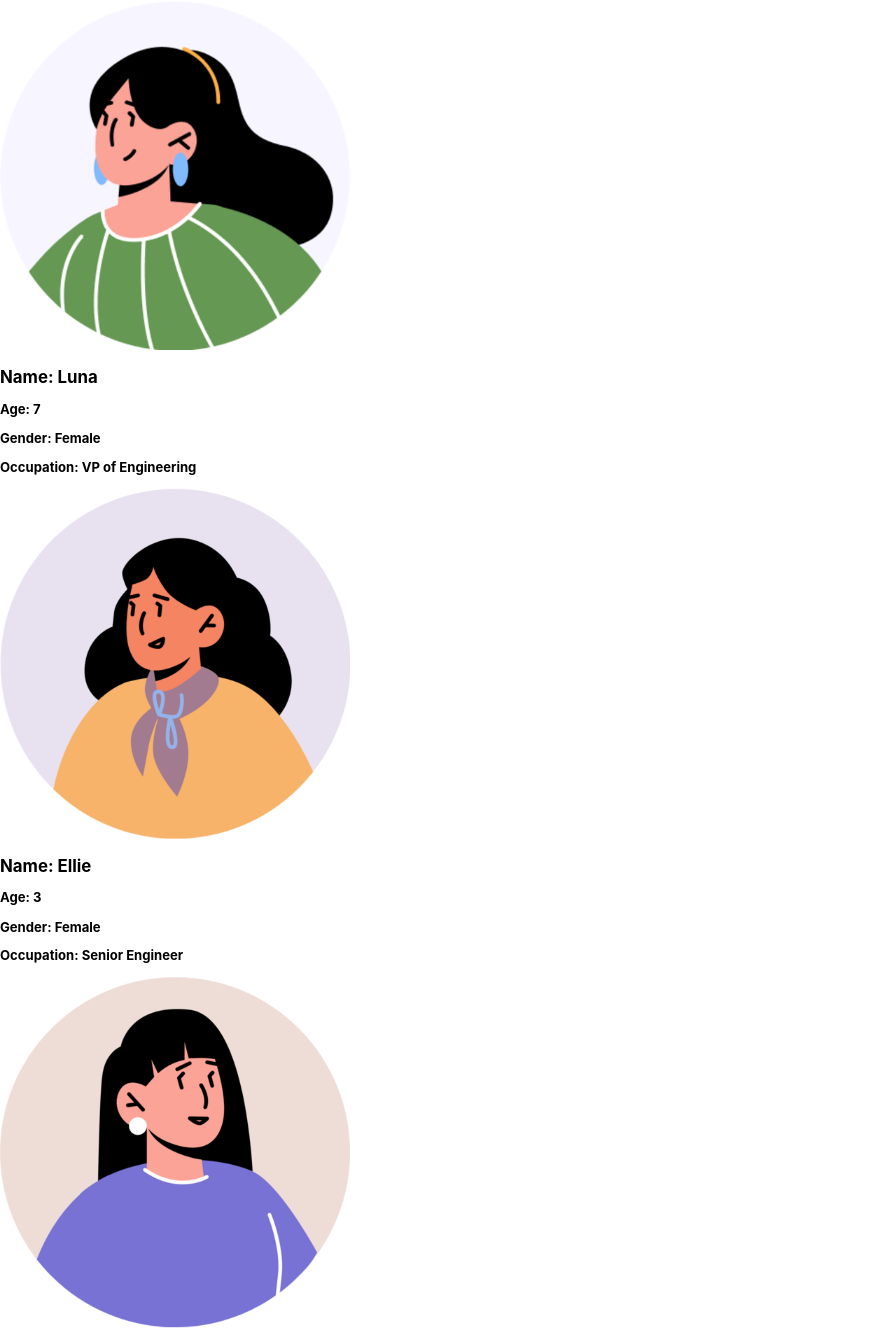
Repository: mahsa199170/React-Props-projects
Page: / (app in profile-app/)
The author's editor kept a copy of each file at every save. The page is drawn from the files as they stood at one save, then again after the next save.
The browser window is 1280 px wide. The pictures show the part of the page from y = 0 to 1920 px (the page is 2792 px tall before and 1760 px after), at 70% of full size.
The project was rebuilt for these pictures with package versions that can differ from the ones it lists, and the page was loaded fresh each time. Also part of the build but not shown: profile-app/src/App.css, profile-app/src/components/profile/Profile.scss.

Above is the page before, as saved 2024-11-18 15:45:06.

After the next save:
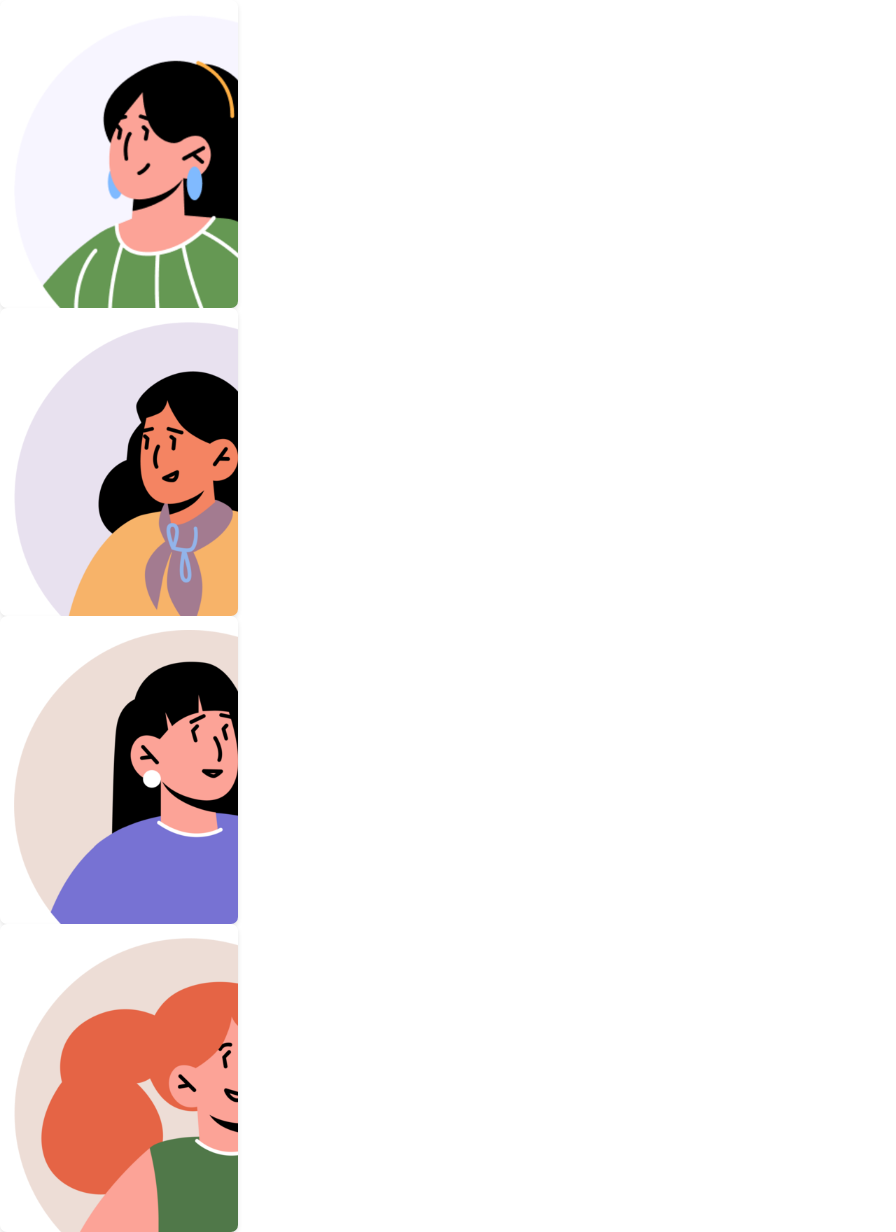
Saved 4 s later.
--- a/profile-app/src/components/card/Card.scss
+++ b/profile-app/src/components/card/Card.scss
@@ -1,15 +1,15 @@
-// .card {
-//   width: 300px;
-//   height: 400px;
-//   background-color: #fff;
-//   border-radius: 10px;
-//   box-shadow: 0 4px 8px rgba(0, 0, 0, 0.1);
-//   overflow: hidden;
-//   padding: 20px;
-//   transition: all 0.3s ease;
+.card {
+  width: 300px;
+  height: 400px;
+  background-color: #fff;
+  border-radius: 10px;
+  box-shadow: 0 4px 8px rgba(0, 0, 0, 0.1);
+  overflow: hidden;
+  padding: 20px;
+  transition: all 0.3s ease;
 
-//   &:hover {
-//     box-shadow: 0 6px 12px rgba(0, 0, 0, 0.2);
-//     transform: translateY(-5px);
-//   }
-// }
+  &:hover {
+    box-shadow: 0 6px 12px rgba(0, 0, 0, 0.2);
+    transform: translateY(-5px);
+  }
+}
